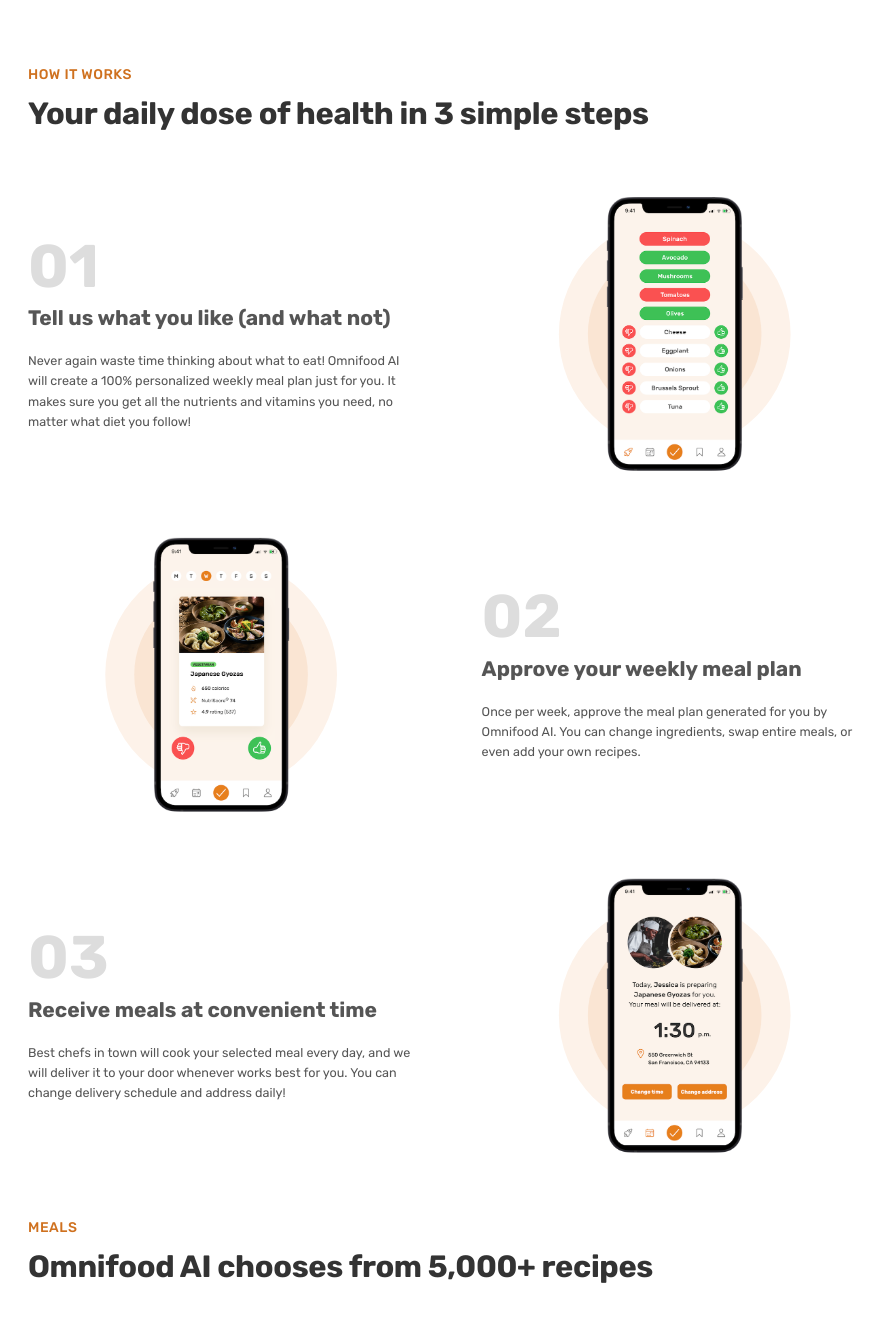
Repository: WefsCao/Omnifood
Page: index.html
The author's editor kept a copy of each file at every save. The page is drawn from the files as they stood at one save, then again after the next save.
The browser window is 1280 px wide. The pictures show the part of the page from y = 818 to 2738 px (the page is 3100 px tall), at 70% of full size.

Above is the page before, as saved 2022-06-05 14:57:06.

### index.html
<!DOCTYPE html>
<html lang="en">
  <head>
    <meta charset="UTF-8" />
    <meta http-equiv="X-UA-Compatible" content="IE=edge" />
    <meta name="viewport" content="width=device-width, initial-scale=1.0" />

    <link rel="preconnect" href="https://fonts.googleapis.com" />
    <link rel="preconnect" href="https://fonts.gstatic.com" crossorigin />
    <link
      href="https://fonts.googleapis.com/css2?family=Rubik:wght@400;500;600;700&display=swap"
      rel="stylesheet"
    />
    <link rel="stylesheet" href="./css/general.css" />
    <link rel="stylesheet" href="./css/style.css" />
    <title>Omnifood</title>
  </head>
  <body>
    <header class="header">
      <img class="logo" src="img/omnifood-logo.png" alt="heder of logo" />

      <nav class="nav-main">
        <ul class="nav-main-list">
          <li><a href="#" class="nav-main-link">How it works</a></li>
          <li><a href="#" class="nav-main-link">Meals</a></li>
          <li><a href="#" class="nav-main-link">Testimonial</a></li>
          <li><a href="#" class="nav-main-link">Pricing</a></li>
          <li><a href="#" class="nav-main-link nav-cta">Try for free</a></li>
        </ul>
      </nav>
    </header>
    <main>
      <section class="section-hero">
        <div class="hero">
          <div class="hero-text-box">
            <h1 class="heading-primary">
              A healthy meal delivered to your door, every single day
            </h1>
            <p class="hero-description">
              The smart 365-days-per-year food subscription that will make you
              eat healthy again. Tailored to your personal tastes and
              nutritional needs.
            </p>
            <a href="#" class="btn btn--full margin-right-sm"
              >Start eating well</a
            >
            <a href="#" class="btn btn--outline">Learn more &darr;</a>
            <div class="delivered-meals">
              <div class="delivered-imgs">
                <img src="img/customers/customer-1.jpg" />
                <img src="img/customers/customer-2.jpg" />
                <img src="img/customers/customer-3.jpg" />
                <img src="img/customers/customer-4.jpg" />
                <img src="img/customers/customer-5.jpg" />
                <img src="img/customers/customer-6.jpg" />
              </div>
              <div class="delivered-text">
                <span>250,000+ </span>meals last year!
              </div>
            </div>
          </div>
          <div class="hero-img-box">
            <img src="img/hero.png" alt="Hero of image" class="hero-img" />
          </div>
        </div>
      </section>
      <section class="section-how">
        <div class="step-title container">
          <span class="subtitle">How it works</span>
          <h2 class="heading-secondary">
            Your daily dose of health in 3 simple steps
          </h2>
        </div>

        <!-- STEP 01 -->
        <div class="step-content container grid grid--2-cols">
          <div class="step-text-box">
            <div class="step-number">01</div>
            <h3 class="heading-tertiary">
              Tell us what you like (and what not)
            </h3>
            <p class="step-text">
              Never again waste time thinking about what to eat! Omnifood AI
              will create a 100% personalized weekly meal plan just for you. It
              makes sure you get all the nutrients and vitamins you need, no
              matter what diet you follow!
            </p>
          </div>
          <div class="step-img-box">
            <img
              class="step-img"
              src="img/app/app-screen-1.png"
              alt="app screen 1"
            />
          </div>
        </div>
        <!-- STEP 02 -->
        <div class="step-content container grid grid--2-cols">
          <div class="step-img-box">
            <img
              class="step-img"
              src="img/app/app-screen-2.png"
              alt="app screen 2"
            />
          </div>
          <div class="step-text-box">
            <div class="step-number">02</div>
            <h3 class="heading-tertiary">Approve your weekly meal plan</h3>
            <p class="step-text">
              Once per week, approve the meal plan generated for you by Omnifood
              AI. You can change ingredients, swap entire meals, or even add
              your own recipes.
            </p>
          </div>
        </div>

        <!-- STEP 03 -->
        <div class="step-content container grid grid--2-cols">
          <div class="step-text-box">
            <div class="step-number">03</div>
            <h3 class="heading-tertiary">Receive meals at convenient time</h3>
            <p class="step-text">
              Best chefs in town will cook your selected meal every day, and we
              will deliver it to your door whenever works best for you. You can
              change delivery schedule and address daily!
            </p>
          </div>
          <div class="step-img-box">
            <img
              class="step-img"
              src="img/app/app-screen-3.png"
              alt="app screen 3"
            />
          </div>
        </div>
      </section>
      <section class="section-meals">
        <div class="container">
          <span class="subtitle">Meals</span>
          <h2 class="heading-secondary">
            Omnifood AI chooses from 5,000+ recipes
          </h2>
        </div>
        <div class="meals container grid grid--3-cols">
          <div class="meal">
            <img
              class="meal-img"
              src="img/meals/meal-1.jpg"
              alt="Japanese Gyozas"
            />
            <div class="meal-content">
              <span class="categories">Vegetariant</span>
              <h3 class="heading-tertiary">Japanese Gyozas</h3>
              <ul class="meal-attributes">
                <li class="meal-attribute">
                  <ion-icon name="flame-outline"></ion-icon
                  ><span>650</span> calories
                </li>
                <li class="meal-attribute">
                  <ion-icon name="restaurant-outline"></ion-icon>NutriScore
                  <span>74</span>
                </li>
                <li class="meal-attribute">
                  <ion-icon name="star-outline"></ion-icon>
                  <span>4.9</span> ratinr (537)
                </li>
              </ul>
            </div>
          </div>
          <div class="meal">Meal</div>
          <div class="list">List</div>
        </div>
      </section>
    </main>
    <script
      type="module"
      src="https://unpkg.com/ionicons@5.5.2/dist/ionicons/ionicons.esm.js"
    ></script>
    <script
      nomodule
      src="https://unpkg.com/ionicons@5.5.2/dist/ionicons/ionicons.js"
    ></script>
  </body>
</html>

### css/general.css
/*
--- 01 TYPOGRAPHY
- Font size system (px)
    10 / 12 / 14 / 16 / 18 / 20 / 24 / 30 / 36 / 44 / 52 / 62 / 74 / 86 / 98

- Font weights:
Default: 400

- Line heights:
Default: 1
Small: 1.05


--- 02 COLOR

- Primary: #e67e22
- Tints: #fdf2e9
- Shades: #cf711f
- Accents:
- Grey:
 #555
 #333

 --- 05 SHADOW

 --- 06 BORDER RADIUS
 - Default: 9px

 --- 07 WHITE SPACES
 - Spacing system (px)
 2 / 4 / 8 / 12 / 16 / 24 / 32 / 48 / 64 / 80 / 96 / 128
*/
html {
  font-size: 62.5%;
}
* {
  margin: 0;
  padding: 0;
  box-sizing: border-box;
}
body {
  font-family: "Rubik", sans-serif;
  color: #555;
  font-weight: 400;
  line-height: 1;
}

/****************************************/
/* GENERAL REUSE COMPONENTS */
/****************************************/
.heading-primary,
.heading-secondary {
  line-height: 1.05;
  color: #333;
  font-weight: 700;
  letter-spacing: -0.5px;
  margin-bottom: 3.2rem;
}
.heading-primary {
  font-size: 5.2rem;
}

.btn--full:link,
.btn--full:visited {
  background-color: #e67e22;
  color: #fff;
}
.btn--full:hover,
.btn--full:active {
  background-color: #cf711f;
}

.grid {
  display: grid;
  align-items: center;
  /* column-gap: 6.4rem;
  row-gap: 9.6rem; */
  gap: 9.6rem;
}
.grid--2-cols {
  grid-template-columns: repeat(2, 1fr);
}
.grid--3-cols {
  grid-template-columns: repeat(3, 1fr);
}
.container {
  max-width: 120rem;
  margin: 0 auto;
}

/*************************************/
/* HELPER CLASSES */
/*************************************/

.margin-right-sm {
  margin-right: 1.6rem;
}
.heading-tertiary {
  font-size: 3rem;
  font-weight: 700;
}

### css/style.css
/****************************************/
/* HEADER */
/****************************************/
.header {
  display: flex;
  align-items: center;
  justify-content: space-between;
  height: 9.6rem;
  padding: 0 4.8rem;
  background-color: #fdf2e9;
}
.logo {
  height: 2.2rem;
}

/****************************************/
/* NAVIGATION */
/****************************************/

.nav-main-list {
  display: flex;
  align-items: center;
  gap: 3.2rem;
  list-style: none;
}
.nav-main-link:link,
.nav-main-link:visited {
  color: #333;
  font-size: 1.8rem;
  font-weight: 600;
  text-decoration: none;
  transition: all 0.3s;
}
.nav-main-link:hover,
.nav-main-link:active {
  color: #e67e22;
}

.nav-main-link.nav-cta:link,
.nav-main-link.nav-cta:visited {
  padding: 1.2rem 2.4rem;
  background-color: #e67e22;
  border-radius: 9px;
  color: #fff;
}
.nav-main-link.nav-cta:hover,
.nav-main-link.nav-cta:active {
  background-color: #cf711f;
}

/****************************************/
/* HERO */
/****************************************/
.section-hero {
  background-color: #fdf2e9;
  padding: 4.8rem 0 9.6rem 0;
}

.hero {
  display: grid;
  grid-template-columns: 1fr 1fr;
  gap: 4.8rem;
  align-items: center;
  max-width: 130rem;
  padding: 0 3.2rem;
  margin: 0 auto;
}

.hero-description {
  font-size: 2rem;
  line-height: 1.6;
  margin-bottom: 4.8rem;
}
.btn:link,
.btn:visited {
  outline: none;
  display: inline-block;
  padding: 1.6rem 3.2rem;
  font-size: 1.8rem;
  font-weight: 700;
  border-radius: 9px;
  text-decoration: none;
  transition: all 0.3s;
}

.btn--outline:link,
.btn--outline:visited {
  background-color: #fff;
  color: #555;
}
.btn--outline:hover,
.btn--outline:active {
  background-color: #fdf2e9;
  box-shadow: inset 0 0 0 3px #fff;
}

.delivered-meals {
  display: flex;
  align-items: center;
  gap: 1.6rem;
  margin-top: 8rem;
}
.delivered-imgs {
  display: flex;
}
.delivered-imgs img {
  width: 4.8rem;
  height: 4.8rem;
  border-radius: 50%;
  border: 3px solid #fdf2e9;
  margin-right: -1.6rem;
}
.delivered-imgs img:last-child {
  margin: 0;
}
.delivered-text {
  font-size: 2rem;
}
.delivered-text span {
  font-weight: 700;
  color: #cf711f;
}
.hero-img {
  width: 100%;
}

/****************************************/
/* HOW IT WORKS SECTION  */
/****************************************/

.step-title {
  margin-top: 9.6rem;
}
.step-content {
  margin-top: 9.6rem;
}
.subtitle {
  letter-spacing: 0.75px;
  text-transform: uppercase;
  color: #cf711f;
  font-weight: 500;
  font-size: 2rem;
}
.heading-secondary {
  font-size: 4.4rem;
  margin-top: 2.4rem;
}
.step-number {
  font-size: 8.6rem;
  font-weight: 700;
  color: #ddd;
  margin-bottom: 1.6rem;
}

.step-img-box {
  position: relative;
  display: flex;
  align-items: center;
  justify-content: center;
}
.step-img-box::before,
.step-img-box::after {
  content: "";
  display: block;
  position: absolute;
  border-radius: 50%;
  top: 50%;
  left: 50%;
  transform: translate(-50%, -50%);
}
.step-img-box::before {
  width: 60%;
  padding-bottom: 60%;
  background-color: #fdf2e9;
  z-index: -2;
}
.step-img-box::after {
  width: 45%;
  padding-bottom: 45%;
  background-color: #fae5d3;
  z-index: -1;
}
.step-text {
  margin-top: 3.2rem;
  font-size: 1.8rem;
  line-height: 1.6;
}
.step-img {
  width: 35%;
}

/****************************************/
/* MEALS SECTION  */
/****************************************/
.meals,
.section-meals {
  margin-top: 9.6rem;
}
.meal-img {
  width: 100%;
}
.categories {
  display: inline-block;
  font-size: 1.6rem;
  margin-top: 1.6rem;
}
.meal-attributes {
  list-style: none;
}
.meal-attribute {
  font-size: 1.8rem;
}

After the next save:
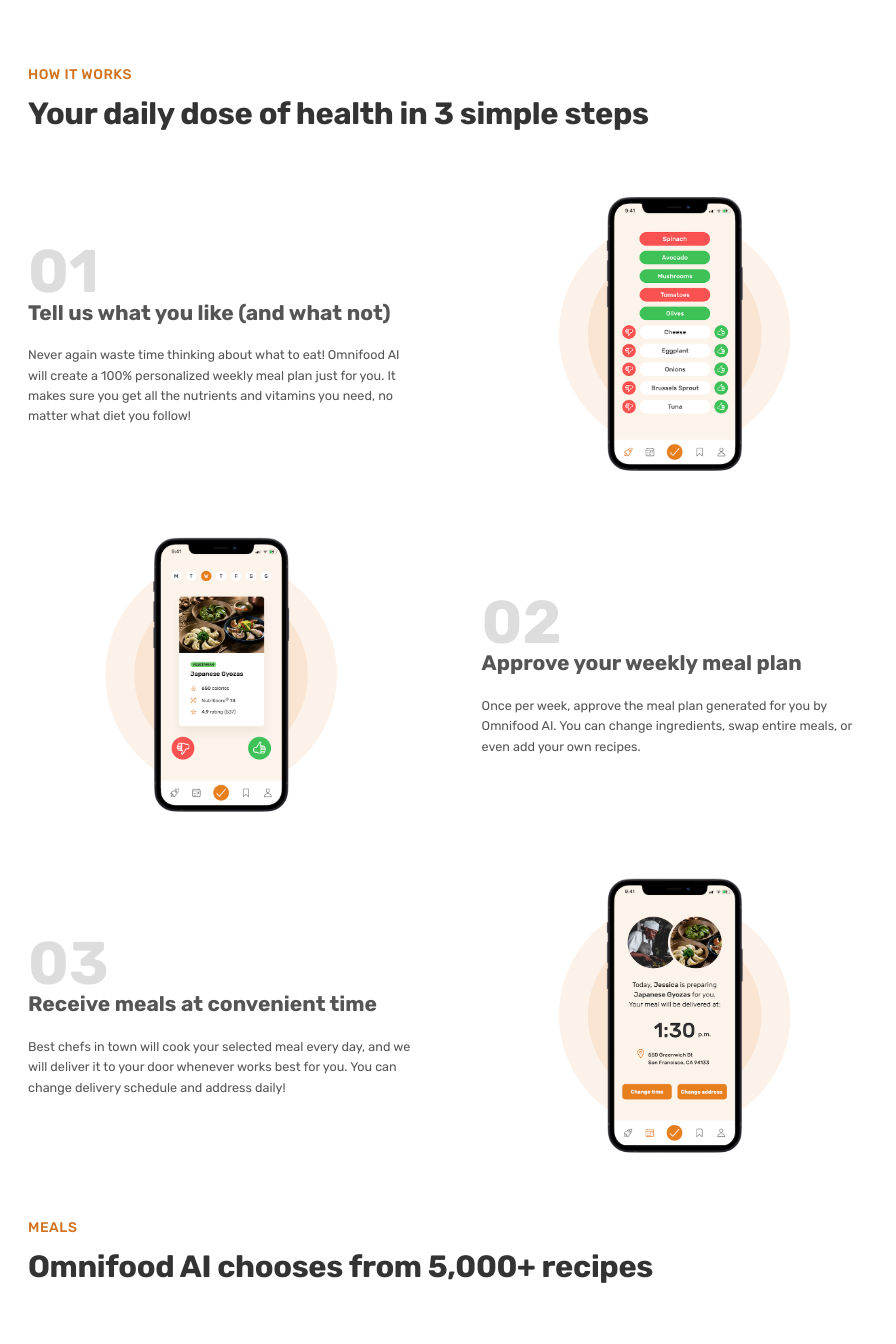
Saved 116 s later.
--- a/css/style.css
+++ b/css/style.css
@@ -149,7 +149,6 @@
   font-size: 8.6rem;
   font-weight: 700;
   color: #ddd;
-  margin-bottom: 1.6rem;
 }
 
 .step-img-box {
